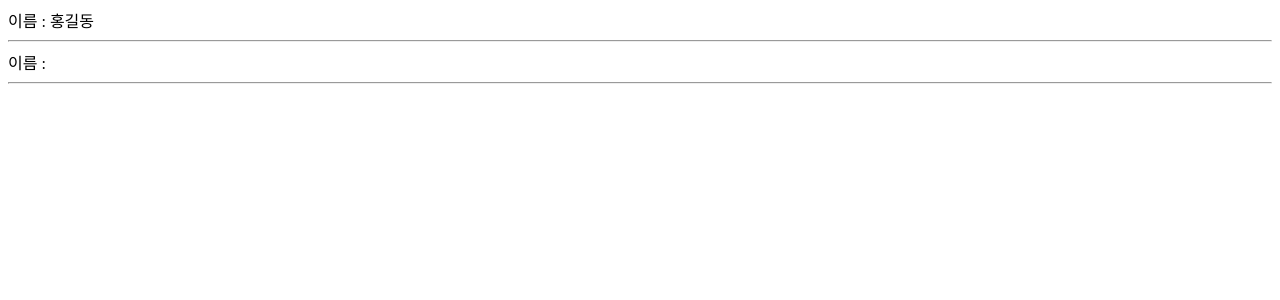
Repository: orieasy1/23-1-Programming-Study
Page: http://localhost/Jsp_DB/el_jstl/jstl01.jsp
The author's editor kept a copy of each file at every save. The page is drawn from the files as they stood at one save, then again after the next save.
The browser window is 1280 px wide. The pictures show the whole page.
The page is served by Tomcat 9.

Above is the page before, as saved 2023-08-26 09:23:52.

After the next save:
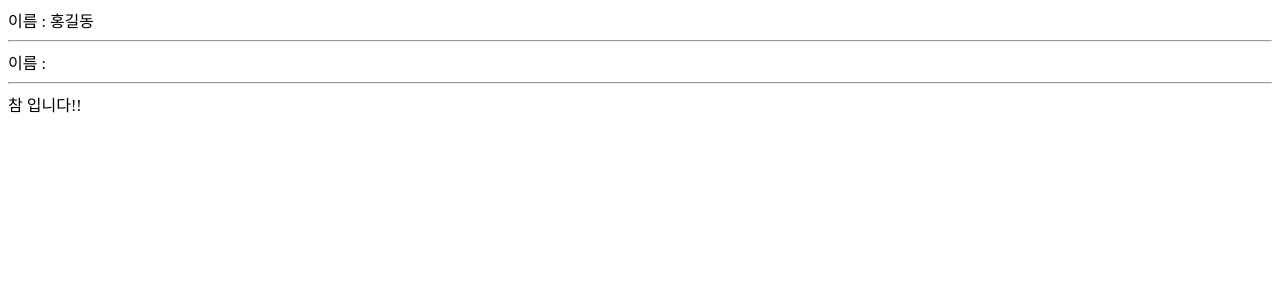
Saved 28 s later.
--- a/JSPcode/Jsp_DB/src/main/webapp/el_jstl/jstl01.jsp
+++ b/JSPcode/Jsp_DB/src/main/webapp/el_jstl/jstl01.jsp
@@ -49,6 +49,7 @@
 
 	<c:if test="${1+2 == 3}">
 
+		참 입니다!!<br>
 
 	</c:if>
 
